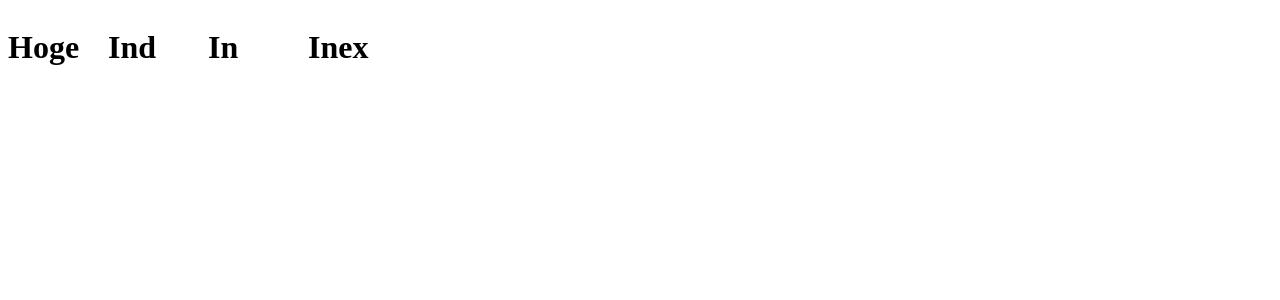
Repository: koukoukou2020/sumurai_HTML-CSS
Page: float01.html
The author's editor kept a record of every edit. The page is drawn from the files as they stood at one moment, then again after the next edit.
The browser window is 1280 px wide. The pictures show the whole page.

Above is the page before.

After the next edit:
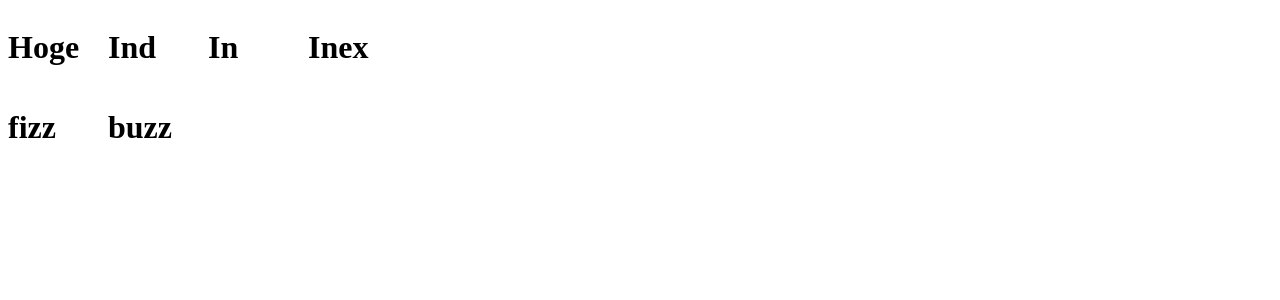
The edit:
--- a/float01.html
+++ b/float01.html
@@ -14,6 +14,8 @@
             <h1>Ind</h1>
             <h1>In</h1>
             <h1>Inex</h1>
+            <h1>fizz</h1>
+            <h1>buzz</h1>
         </div>
     </body>
 </html>
